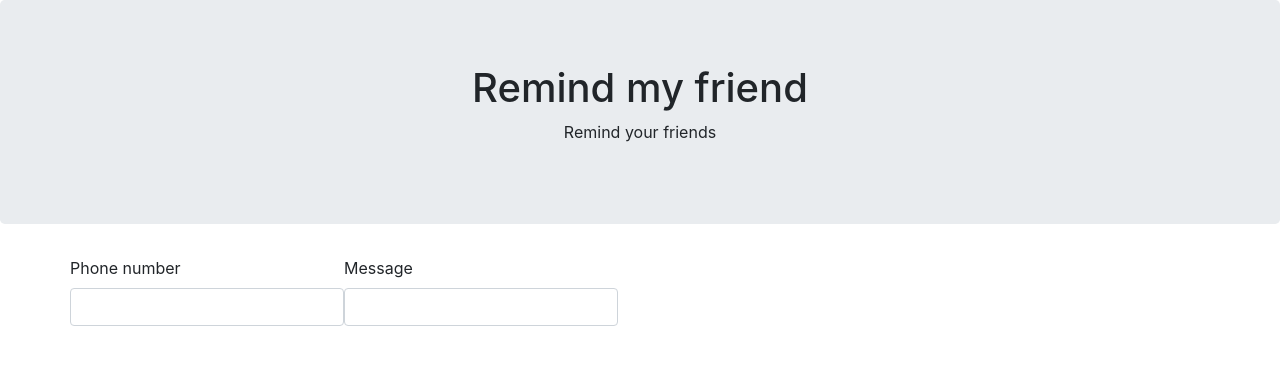
Repository: abhiram304/remindPeople
Page: http://localhost/remindPeople
These files come from the project's save history. The page is drawn as it stood at one moment and after the next save; the edit follows.
The browser window is 1280 px wide. The pictures show the whole page.
The page is served by the project's application, run on Flask 3 (api/app.py).

Above is the page before, as saved 2019-10-11 22:29:07.

After the next save:
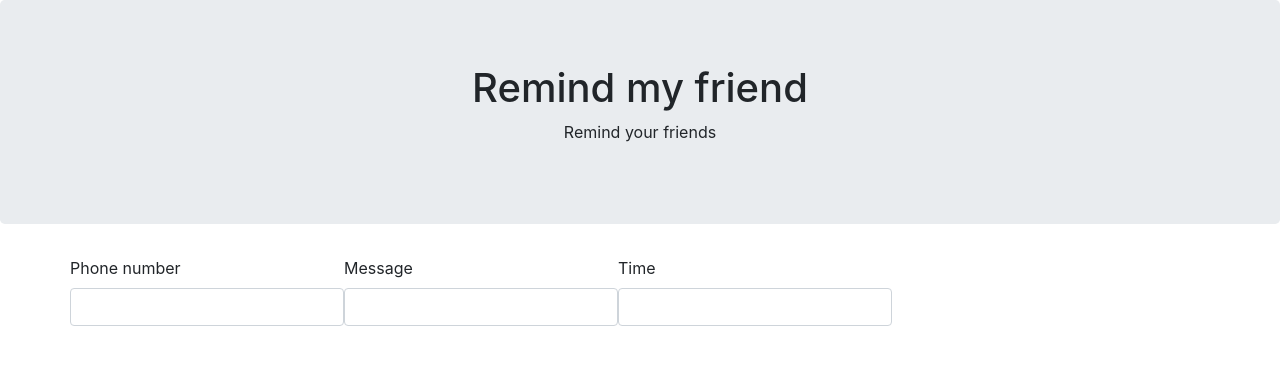
Saved 13 s later.
--- a/api/templates/remindPeople.html
+++ b/api/templates/remindPeople.html
@@ -26,6 +26,10 @@
           <label for="pwd">Message</label>
           <input type="password" class="form-control" id="pwd">
         </div>
+        <div class="form-group">
+            <label for="pwd">Time</label>
+            <input type="password" class="form-control" id="pwd">
+          </div>
   </div>
 </div>
 
